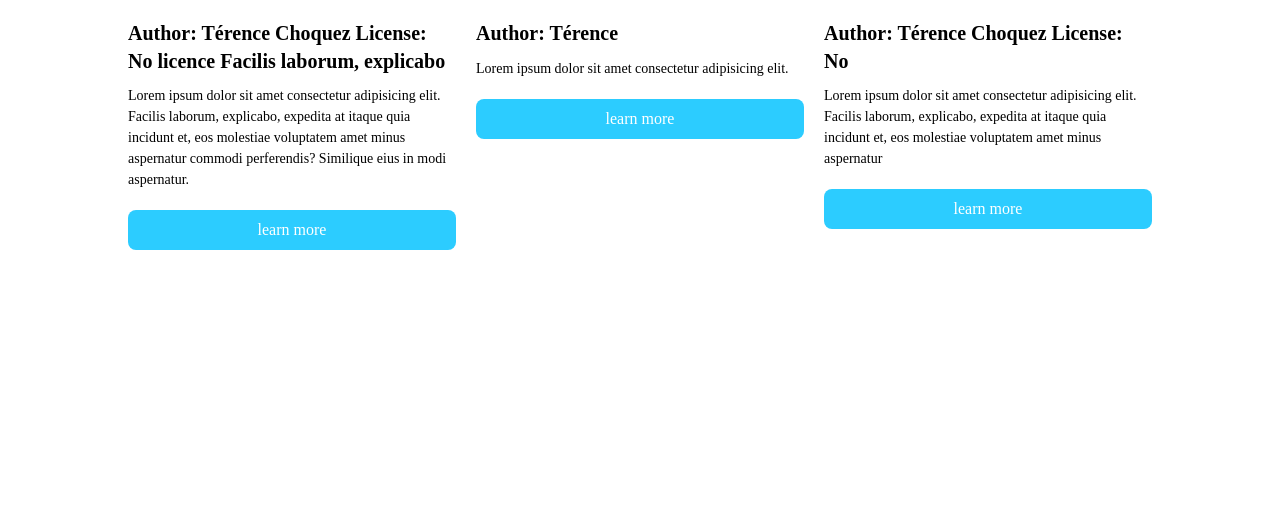
Repository: dinhhaidh/subgrid
Page: index.html
These files come from the project's save history. The page is drawn as it stood at one moment and after the next save; the edit follows.
The browser window is 1280 px wide. The pictures show the part of the page from y = 220 to 740 px (the page is 740 px tall).

Above is the page before, as saved 2024-01-08 15:29:50.

After the next save:
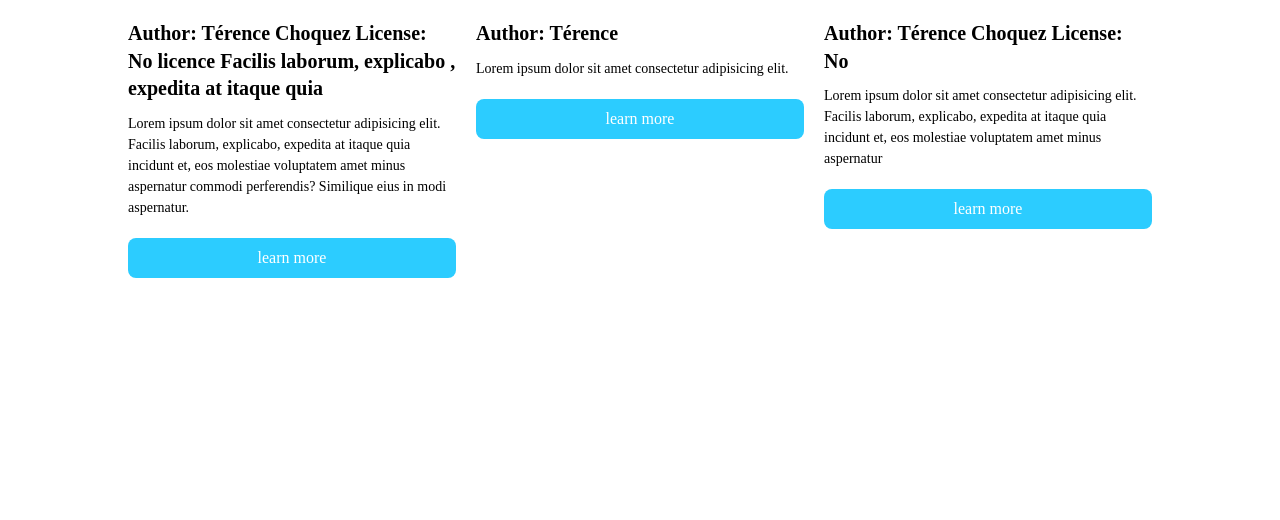
Saved 14 s later.
--- a/index.html
+++ b/index.html
@@ -12,7 +12,7 @@
             <div class="card-image">
                 <img src="https://images.unsplash.com/photo-1506946526854-9aad1ec915cb?q=80&w=1887&auto=format&fit=crop&ixlib=rb-4.0.3&ixid=M3wxMjA3fDB8MHxwaG90by1wYWdlfHx8fGVufDB8fHx8fA%3D%3D" alt="">
             </div>
-            <h3 class="card-title">Author: Térence Choquez License: No licence Facilis laborum, explicabo</h3>
+            <h3 class="card-title">Author: Térence Choquez License: No licence Facilis laborum, explicabo , expedita at itaque quia</h3>
             <p class="card-desc">Lorem ipsum dolor sit amet consectetur adipisicing elit. Facilis laborum, explicabo, expedita at itaque quia incidunt et, eos molestiae voluptatem amet minus aspernatur commodi perferendis? Similique eius in modi aspernatur.
             </p>
             <a href="#" class="card-more">learn more</a>
